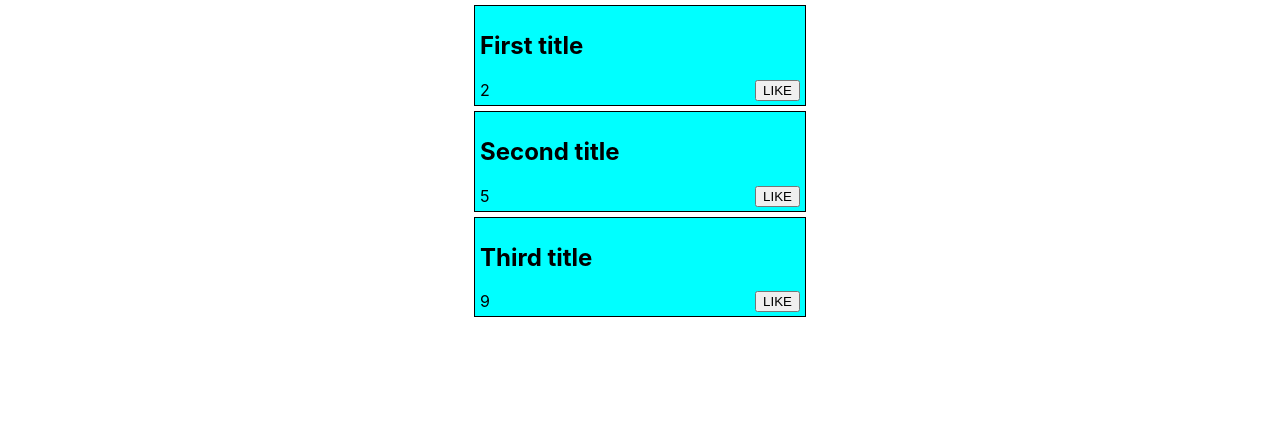
Repository: asapvtec98/egzamin
Page: /
These files come from the project's save history. The page is drawn as it stood at one moment and after a run of saves; the edit follows.
The browser window is 1280 px wide. The pictures show the whole page.
The project was rebuilt for these pictures with package versions that can differ from the ones it lists, and the page was loaded fresh each time.

Above is the page before, as saved 2023-11-14 12:35:17.

After the next 2 saves:
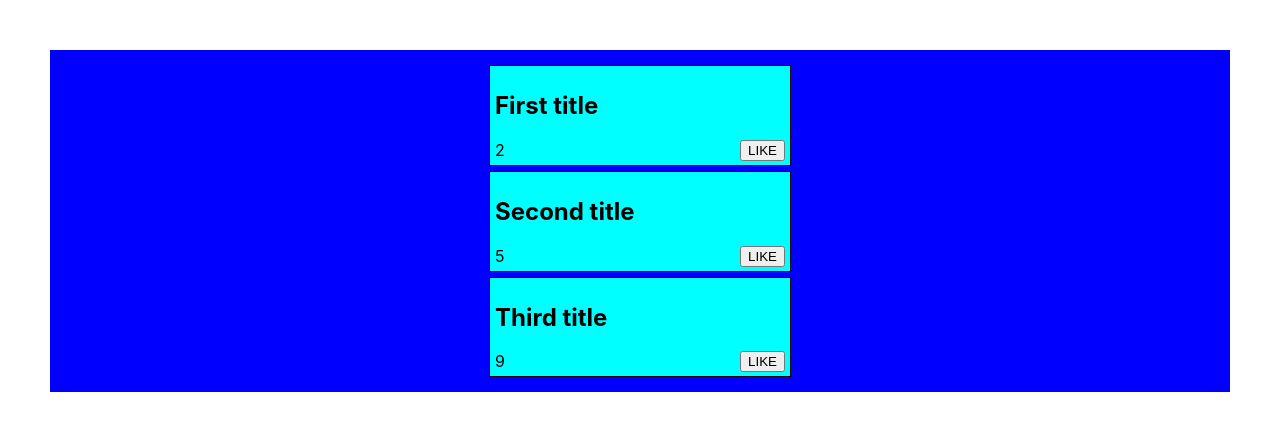
The 2 saves are shown as one change because they came seconds apart.
The last was saved 5 s later.
--- a/src/App.js
+++ b/src/App.js
@@ -1,6 +1,6 @@
 import React from "react";
 import Komentarz from "./components/Comment";
-import "./"
+import "./App.css";
 function App() {
   const comments = [
     {
